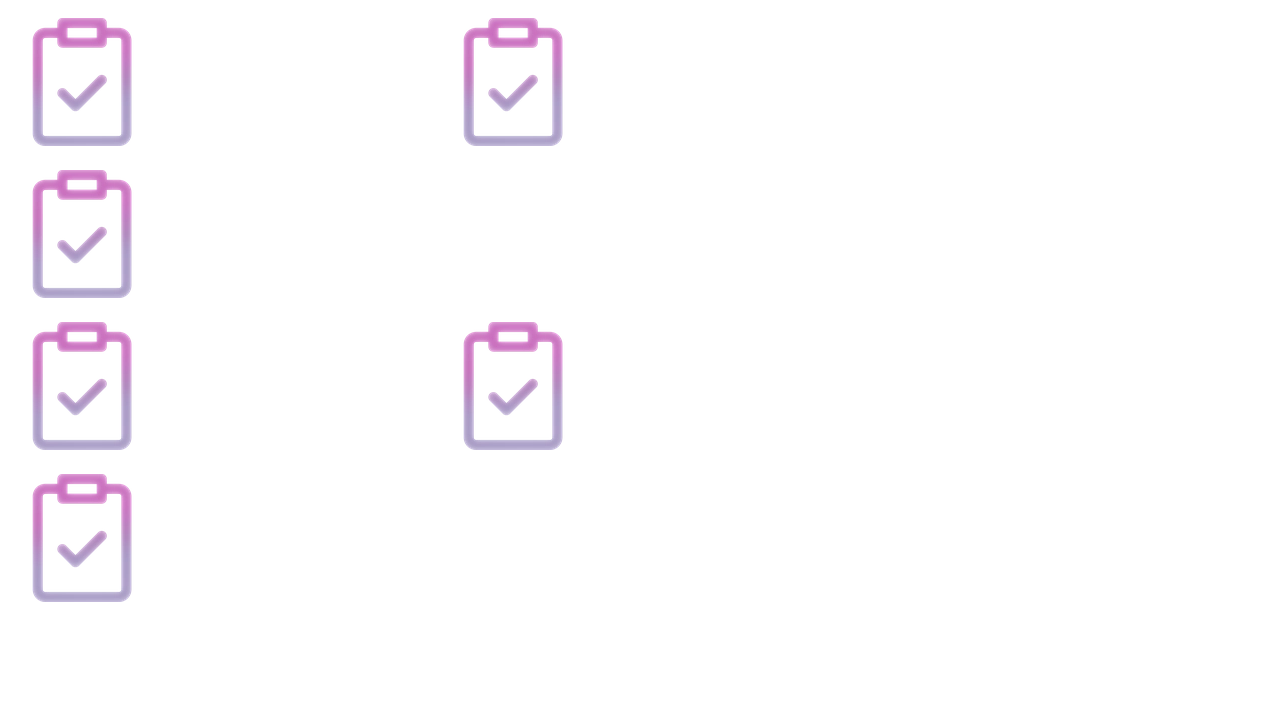
Repository: vichubenzene/-MWin_ui
Page: main.html
An editor plug-in stored every save of this project. The page is shown before and after the next save, followed by the edit.
The browser window is 1280 px wide. The pictures show the whole page.

Above is the page before, as saved 2022-10-08 21:09:15.

### main.html
<!DOCTYPE html>
<html lang="en">

<head>
    <meta charset="UTF-8">
    <meta name="viewport" content="width=device-width, initial-scale=1.0">
    <meta http-equiv="X-UA-Compatible" content="ie=edge">
    <title>Checkbox</title>
    <style>
        .column {
            float: left;
            width: 33.33%;
            padding: 5px;
        }
        /* Clear floats after image containers */

        .row::after {
            content: "";
            clear: both;
            display: table;
        }

        #box {
            margin: 50px;
            width: 100px;
            height: 100px;
            border: 2px solid black;
            background-image: "images/834541394987057242.png";
        }

        .cardcheckbox {
            opacity: 0;
        }

        .cardcheckbox:hover,
        .cardcheckbox:checked {
            opacity: 1;
        }
    </style>
</head>

<body>

    <div class="row">
        <div class="column">
            <img src="images/834541394987057242.png" alt="Snow" style="flex: 33.33%; padding: 5px">
            <input type="checkbox" class="cardcheckbox" align="right" />
        </div>
        <div class="column">
            <img src="images/834541394987057242.png" alt="Snow" style="flex: 33.33%; padding: 5px">
            <input type="checkbox" class="cardcheckbox" align="right" />
        </div>
        <div class="column">
            <img src="images/834541394987057242.png" alt="Snow" style="flex: 33.33%; padding: 5px">
            <input type="checkbox" class="cardcheckbox" align="right" />
        </div>
    </div>
    <div class="row">
        <div class="column">
            <img src="images/834541394987057242.png" alt="Snow" style="flex: 33.33%; padding: 5px">
            <input type="checkbox" class="cardcheckbox" align="right" />
        </div>
        <div class="column">
            <img src="images/834541394987057242.png" alt="Snow" style="flex: 33.33%; padding: 5px">
            <input type="checkbox" class="cardcheckbox" align="right" />
        </div>
        <div class="column">
            <img src="images/834541394987057242.png" alt="Snow" style="flex: 33.33%; padding: 5px">
            <input type="checkbox" class="cardcheckbox" align="right" />
        </div>
    </div>
</body>

</html>

After the next save:
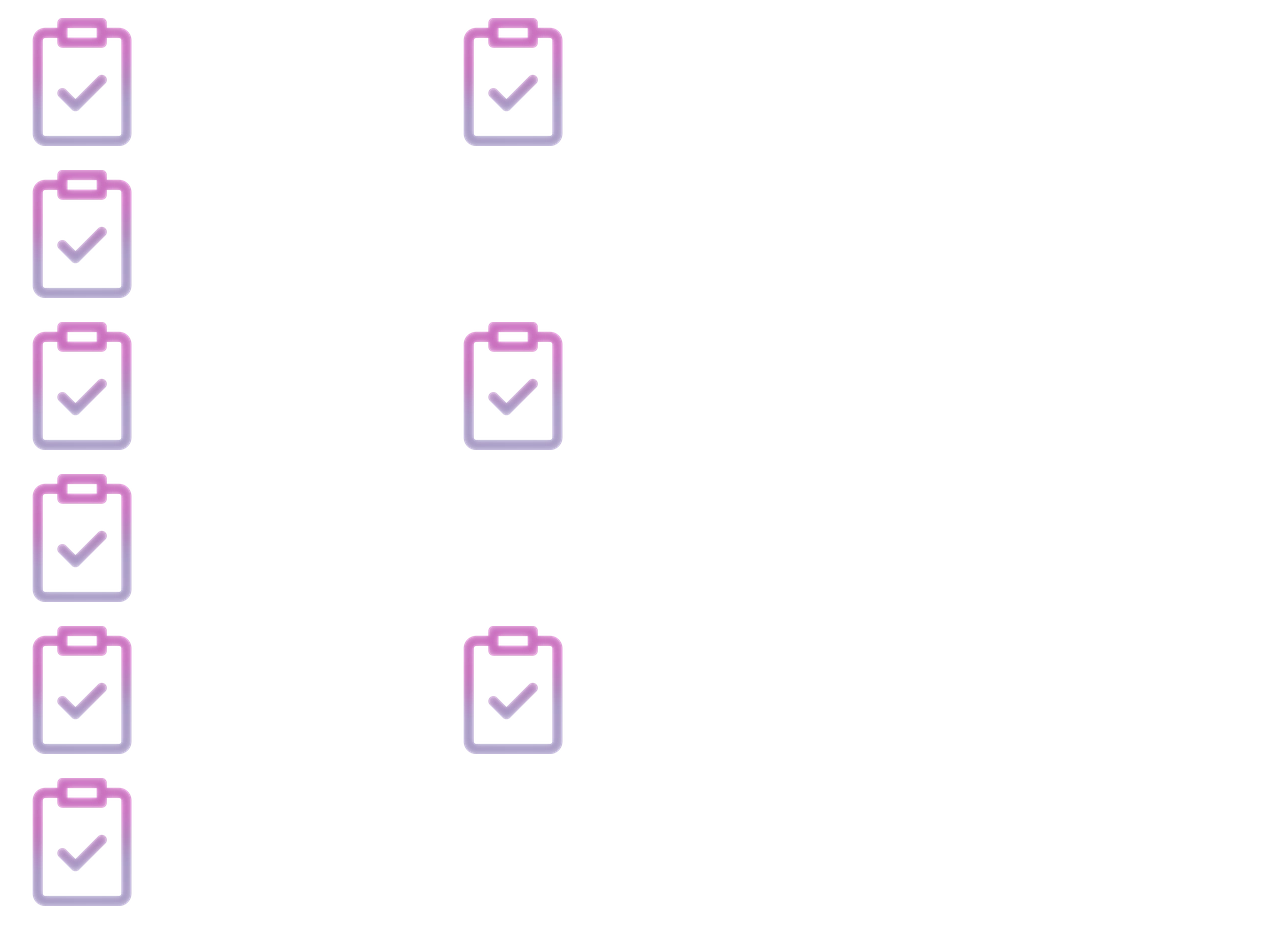
Saved 31 s later.
--- a/main.html
+++ b/main.html
@@ -69,6 +69,20 @@
             <input type="checkbox" class="cardcheckbox" align="right" />
         </div>
     </div>
+    <div class="row">
+        <div class="column">
+            <img src="images/834541394987057242.png" alt="Snow" style="flex: 33.33%; padding: 5px">
+            <input type="checkbox" class="cardcheckbox" align="right" />
+        </div>
+        <div class="column">
+            <img src="images/834541394987057242.png" alt="Snow" style="flex: 33.33%; padding: 5px">
+            <input type="checkbox" class="cardcheckbox" align="right" />
+        </div>
+        <div class="column">
+            <img src="images/834541394987057242.png" alt="Snow" style="flex: 33.33%; padding: 5px">
+            <input type="checkbox" class="cardcheckbox" align="right" />
+        </div>
+    </div>
 </body>
 
 </html>
